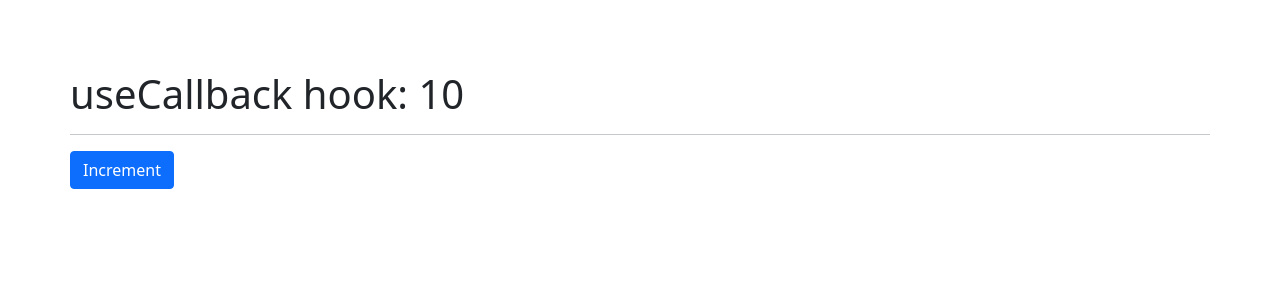
Repository: ppfeliuu/hooks-app
Page: /
These files come from the project's save history. The page is drawn as it stood at one moment and after the next save; the edit follows.
The browser window is 1280 px wide. The pictures show the whole page.
The project was rebuilt for these pictures with package versions that can differ from the ones it lists, and the page was loaded fresh each time.

Above is the page before, as saved 2021-05-29 23:59:17.

### public/index.html
<!DOCTYPE html>
<html lang="en">
  <head>
    <meta charset="utf-8" />
    <link rel="icon" href="%PUBLIC_URL%/favicon.ico" />
    <meta name="viewport" content="width=device-width, initial-scale=1" />
    <meta name="theme-color" content="#000000" />
    <meta
      name="description"
      content="Web site created using create-react-app"
    />
    <link rel="apple-touch-icon" href="%PUBLIC_URL%/logo192.png" />
    <!--
      manifest.json provides metadata used when your web app is installed on a
      user's mobile device or desktop. See https://developers.google.com/web/fundamentals/web-app-manifest/
    -->
    <link rel="manifest" href="%PUBLIC_URL%/manifest.json" />
    <!--
      Notice the use of %PUBLIC_URL% in the tags above.
      It will be replaced with the URL of the `public` folder during the build.
      Only files inside the `public` folder can be referenced from the HTML.

      Unlike "/favicon.ico" or "favicon.ico", "%PUBLIC_URL%/favicon.ico" will
      work correctly both with client-side routing and a non-root public URL.
      Learn how to configure a non-root public URL by running `npm run build`.
    -->
    <link
      href="https://cdn.jsdelivr.net/npm/bootstrap@5.0.1/dist/css/bootstrap.min.css"
      rel="stylesheet"
      integrity="sha384-+0n0xVW2eSR5OomGNYDnhzAbDsOXxcvSN1TPprVMTNDbiYZCxYbOOl7+AMvyTG2x"
      crossorigin="anonymous"
    />
    <title>Hooks App</title>
  </head>
  <body>
    <noscript>You need to enable JavaScript to run this app.</noscript>
    <div id="root"></div>
    <!--
      This HTML file is a template.
      If you open it directly in the browser, you will see an empty page.

      You can add webfonts, meta tags, or analytics to this file.
      The build step will place the bundled scripts into the <body> tag.

      To begin the development, run `npm start` or `yarn start`.
      To create a production bundle, use `npm run build` or `yarn build`.
    -->
  </body>
</html>

### src/index.js
import React from "react";
import ReactDOM from "react-dom";
import { CallBackHook } from "./components/06-memos/CallBackHook";
// import { MemoHook } from "./components/06-memos/MemoHooks";
// import { CounterApp } from "./components/01-useState/CounterApp";
// import { CounterWithCustomHook } from "./components/01-useState/CounterWithCustomHook";
// import { FormWithCustomHook } from "./components/02-useEffect/FormWithCustomHook";
// import { SimpleForm } from "./components/02-useEffect/SimpleForm";
// import { FocusScreen } from "./components/04-useRef/FocusScreen";
// import { RealExampleRef } from "./components/04-useRef/RealExampleRef";
// import { LayoutEffects } from "./components/05-useLayoutEffect/LayoutEffect";
// import { MultipleCustomHooks } from "./components/examples/MultipleCustomHooks";
// import { HookApp } from "./HookApp";
// import { Memorize } from "./components/06-memos/Memorize";

ReactDOM.render(<CallBackHook />, document.getElementById("root"));

### src/components/06-memos/CallBackHook.js
import React, { useCallback, useState } from "react";
import "../02-useEffect/effects.css";
import { ShowIncrement } from "./ShowIncrement";

export const CallBackHook = () => {
  const [counter, setCounter] = useState(10);

  /* const increment = () => {
    setCounter(counter + 1);
  }; */

  const increment = useCallback(
    (num) => {
      setCounter((c) => c + num);
    },
    [setCounter]
  );

  return (
    <div>
      <h1>useCallback hook: {counter}</h1>
      <hr />

      <ShowIncrement increment={increment} />
    </div>
  );
};

### src/components/06-memos/ShowIncrement.js
import React from "react";

export const ShowIncrement = React.memo(({ increment }) => {
  console.log("Show Increment");
  return (
    <button className="btn btn-primary" onClick={() => increment(5)}>
      Increment
    </button>
  );
});

### src/components/07-tarea-memo/Padre.js
import React from 'react'
import { Hijo } from './Hijo'
import { useState } from 'react';

export const Padre = () => {

    const numeros = [2,4,6,8,10];
    const [valor, setValor] = useState(0);

    const incrementar = ( num ) => {
        setValor( valor + num )
    }


    return (
        <div>
            <h1>Padre</h1>
            <p> Total: { valor } </p>

            <hr />

            {
                numeros.map( n => (
                    <Hijo
                        key={ n }
                        numero={ n }
                        incrementar={ incrementar }
                    />
                ))
            }
            {/* <Hijo /> */}
        </div>
    )
}

### src/components/07-tarea-memo/Hijo.js
import React from 'react'

export const Hijo = ({ numero, incrementar }) => {

    console.log('  Me volví a generar :(  ');

    return (
        <button
            className="btn btn-primary mr-3"
            onClick={ () => incrementar( numero ) }
        >
            { numero }
        </button>
    )
}

Loaded but not shown: src/components/02-useEffect/effects.css (common file)

After the next save:
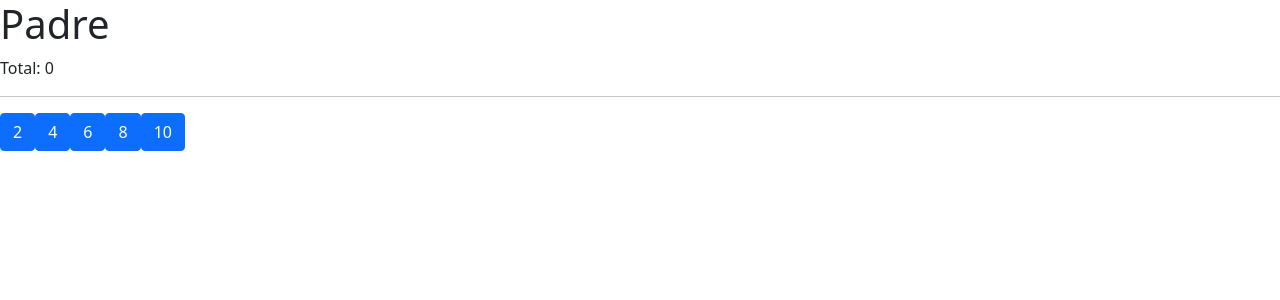
Saved 4 min 39 s later.
--- a/src/index.js
+++ b/src/index.js
@@ -1,6 +1,7 @@
 import React from "react";
 import ReactDOM from "react-dom";
-import { CallBackHook } from "./components/06-memos/CallBackHook";
+import { Padre } from "./components/07-tarea-memo/Padre";
+// import { CallBackHook } from "./components/06-memos/CallBackHook";
 // import { MemoHook } from "./components/06-memos/MemoHooks";
 // import { CounterApp } from "./components/01-useState/CounterApp";
 // import { CounterWithCustomHook } from "./components/01-useState/CounterWithCustomHook";
@@ -13,4 +14,4 @@ import { CallBackHook } from "./components/06-memos/CallBackHook";
 // import { HookApp } from "./HookApp";
 // import { Memorize } from "./components/06-memos/Memorize";
 
-ReactDOM.render(<CallBackHook />, document.getElementById("root"));
+ReactDOM.render(<Padre />, document.getElementById("root"));
